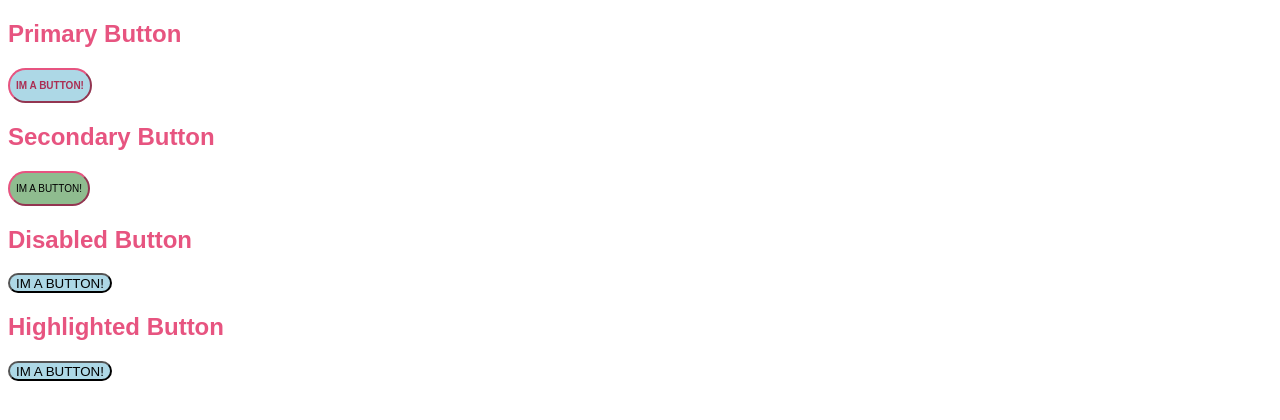
Repository: Jvien2/3126-repo
Page: index.html
These files come from the project's save history. The page is drawn as it stood at one moment and after a run of saves; the edit follows.
The browser window is 1280 px wide. The pictures show the whole page.

Above is the page before, as saved 2026-10-01 01:07:42.
Not found: code.js

### index.html
<!DOCTYPE html>
<html lang="en">
<head>
    <meta charset="UTF-8">
    <meta name="viewport" content="width=device-width, initial-scale=1.0">
    <title>Assignment 1</title>
    <link rel="stylesheet" href="style.css">
    <script src="code.js" defer></script>
</head>
<body>
    <!-- regular button -->
    <!-- <h2>No Modifier</h2>
        <button class="btn">IM A BUTTON!</button> -->

    <!-- prmary -->
    <h2>Primary Button</h2>
        <button class="btn btn-primary">IM A BUTTON!</button>

    <!-- secondary -->
    <h2>Secondary Button</h2>
         <button class="btn btn-secondary">IM A BUTTON!</button>

    <!-- disabled -->
    <h2>Disabled Button</h2>
         <button class="btn btn-disabled">IM A BUTTON!</button>

    <!-- highlighted -->
    <h2>Highlighted Button</h2>
         <button class="btn btn-highlight">IM A BUTTON!</button>

</body>
</html>

### style.css
h2 {
    color: #e75480;
    font-family: Arial, Helvetica, sans-serif;
}

.btn {
    width: fit-content;
    height: 20px;
    border-radius: 20px;
    background-color: lightblue;

}

.btn-primary {
    color:#ab2e53;
    height: 35px;
    font-size: 10px;
    font-weight: bold;
    border-color: #e75480;
}


.btn-secondary {
     background-color:darkseagreen;
     border-color: #e75480;
    height: 35px;
    font-size: 10px;
}

After the next 2 saves:
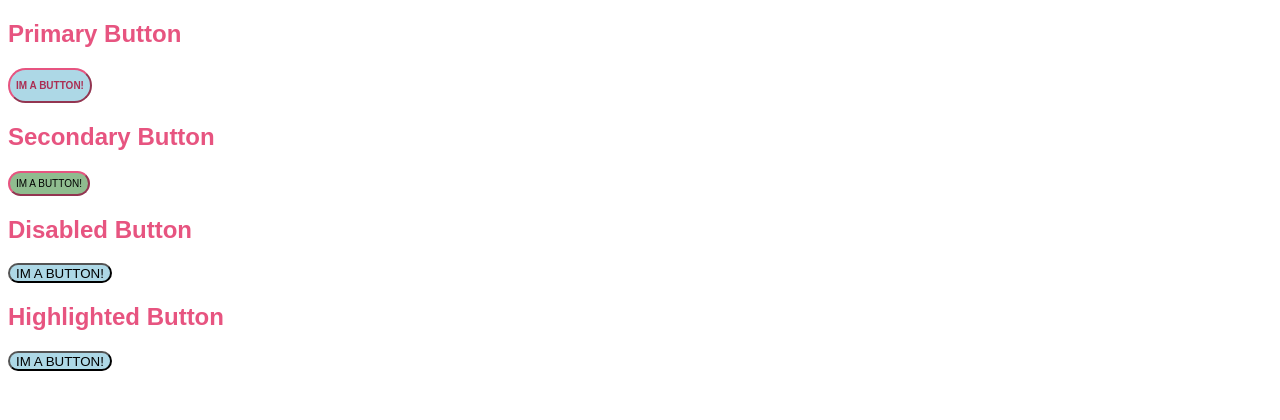
The 2 saves are shown as one change because they came seconds apart.
The last was saved 10 s later.
--- a/style.css
+++ b/style.css
@@ -23,6 +23,6 @@ h2 {
 .btn-secondary {
      background-color:darkseagreen;
      border-color: #e75480;
-    height: 35px;
+    height: 25px;
     font-size: 10px;
 }
